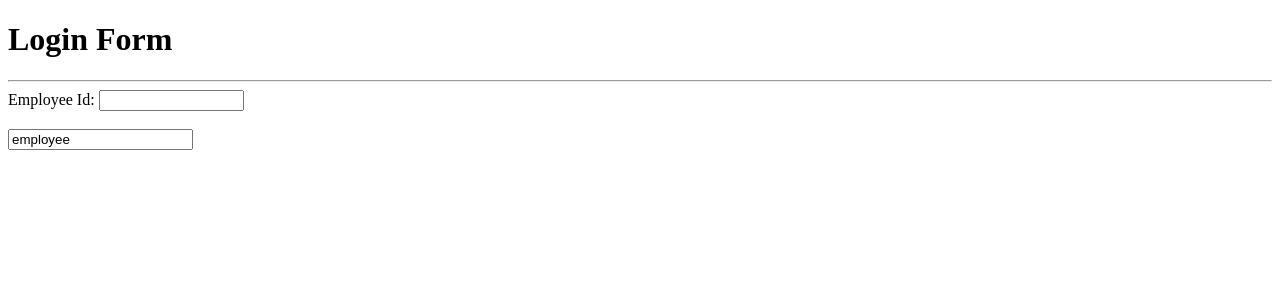
Repository: MalykaK/servlets
Page: Employee/WebContent/employee.html
These files come from the project's save history. The page is drawn as it stood at one moment and after the next save; the edit follows.
The browser window is 1280 px wide. The pictures show the whole page.

Above is the page before, as saved 2018-09-06 05:33:19.

### Employee/WebContent/employee.html
<!DOCTYPE html>
<html>
<head>
<meta charset="ISO-8859-1">
<title>Employee Details</title>
</head>
<body>
<h1>Login Form</h1>
<hr>
<form action="employee" method="post">
<label>Employee Id:</label>
<input type="text" name="employee number" size="15"/>
<br><br>
<input type="Search" value="employee"/>
<br><br>
</body>
</html>

After the next save:
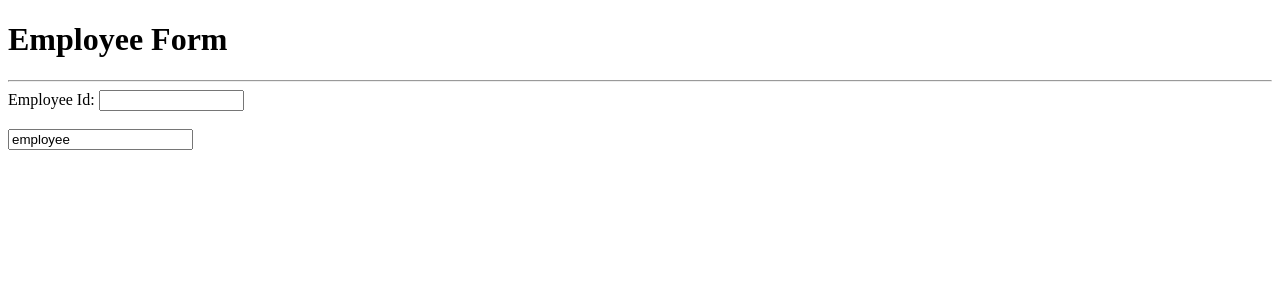
Saved 2 min 48 s later.
--- a/Employee/WebContent/employee.html
+++ b/Employee/WebContent/employee.html
@@ -5,13 +5,15 @@
 <title>Employee Details</title>
 </head>
 <body>
-<h1>Login Form</h1>
+<h1>Employee Form</h1>
 <hr>
-<form action="employee" method="post">
+<form action="employee" method="get">
 <label>Employee Id:</label>
 <input type="text" name="employee number" size="15"/>
 <br><br>
 <input type="Search" value="employee"/>
 <br><br>
+
+</form>
 </body>
 </html>
